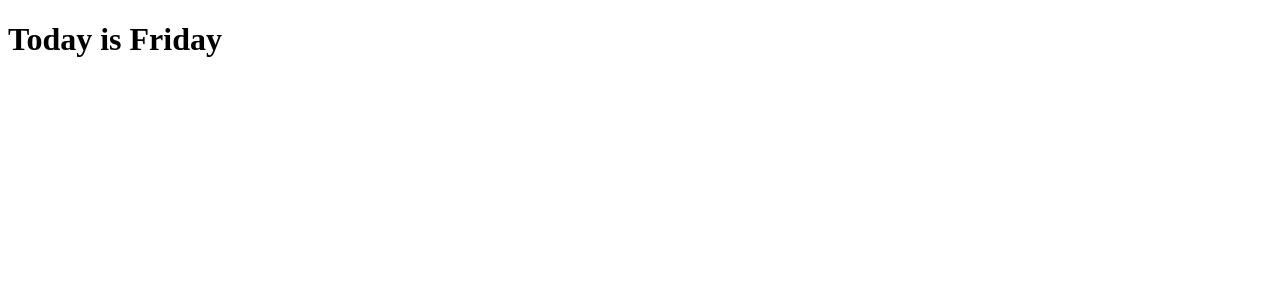
Repository: DESTINYAS/ToDo-List
Page: http://localhost/
These files come from the project's save history. The page is drawn as it stood at one moment and after the next save; the edit follows.
The browser window is 1280 px wide. The pictures show the whole page.
The page is served by the project's Node server (app.js).

Above is the page before, as saved 2022-08-23 16:00:42.

### views/list.ejs
<!DOCTYPE html>
<html lang="en">
  <head>
    <meta charset="UTF-8" />
    <meta http-equiv="X-UA-Compatible" content="IE=edge" />
    <meta name="viewport" content="width=device-width, initial-scale=1.0" />
    <title>To do list</title>
  </head>
  <body>
    <h1>Today is <%= kindOfDay %></h1>
  </body>
</html>

### app.js
const express = require("express");
const bodyParser = require("body-parser");

const app = express();

app.set("view engine", "ejs");

app.get("/", function (req, res) {
  const today = new Date();
  var currentDay = today.getDay();
  var day = "";
  switch (currentDay) {
    case 0:
      day = "Sunday";
      break;
    case 1:
      day = "Monday";
      break;
    case 2:
      day = "Tuesday";
      break;
    case 3:
      day = "Wednesday";
      break;
    case 4:
      day = "Thursday";
      break;
    case 5:
      day = "Friday";
      break;
    case 6:
      day = "Saturday";
      break;
    default:
      console.log("Error: current day is equal to: " + currentDay);
  }
  res.render("list", { kindOfDay: day });
});

app.listen(3000, function () {
  console.log("server started at port 3000");
});

After the next save:
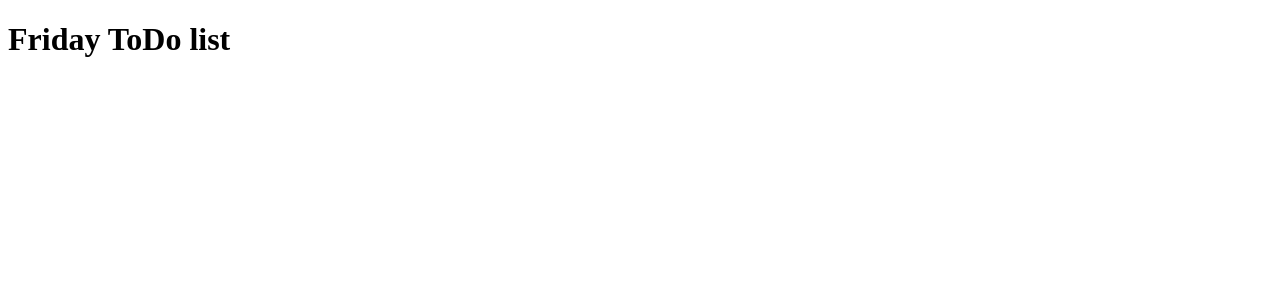
Saved 7 min 43 s later.
--- a/views/list.ejs
+++ b/views/list.ejs
@@ -7,6 +7,6 @@
     <title>To do list</title>
   </head>
   <body>
-    <h1>Today is <%= kindOfDay %></h1>
+    <h1><%= kindOfDay %> ToDo list</h1>
   </body>
 </html>
